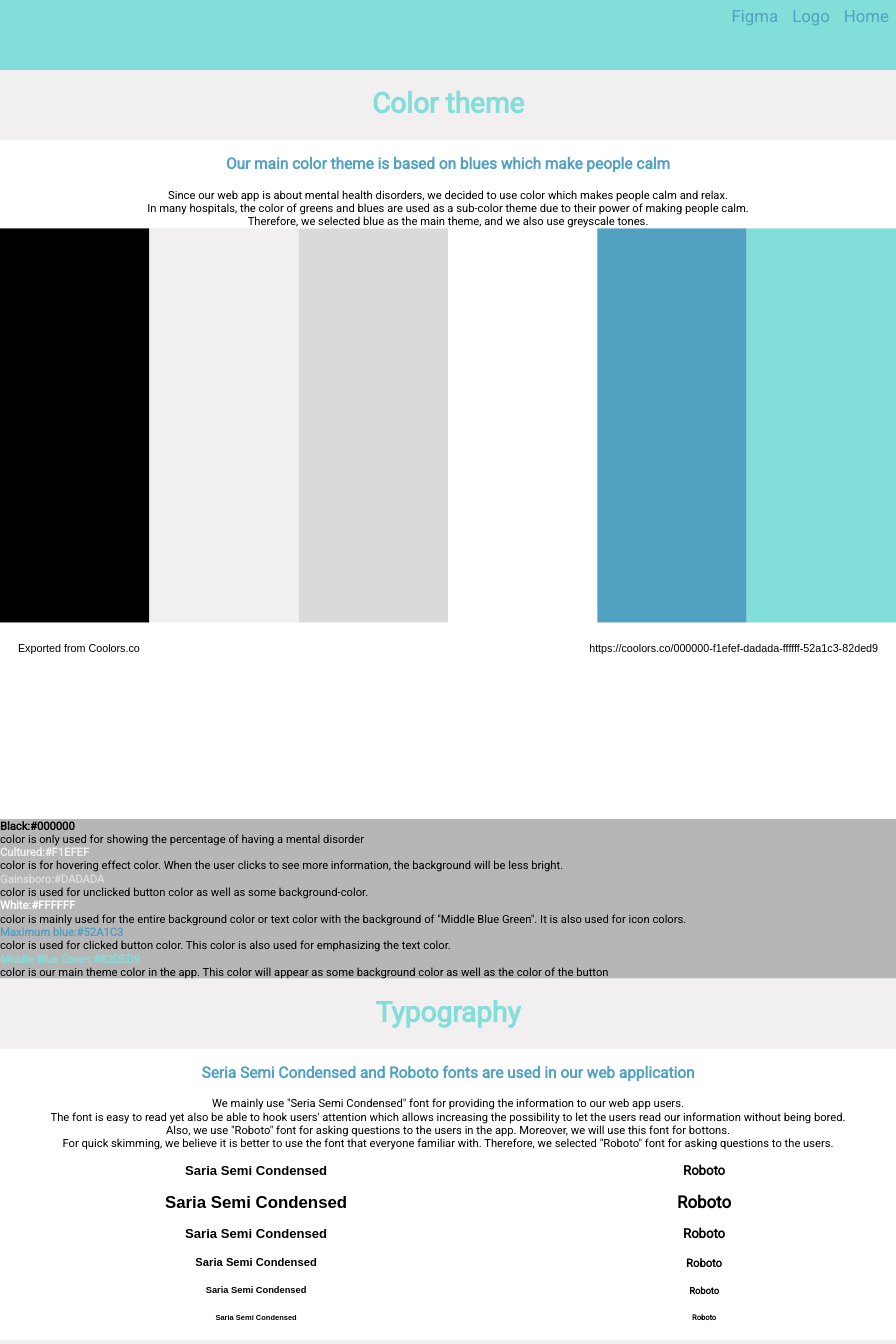
Repository: zzs1/style-guide
Page: style guide/Chisaki_styleGuide_part2/index.html
The author's editor kept a copy of each file at every save. The page is drawn from the files as they stood at one save, then again after a run of saves.
The browser window is 1280 px wide. The pictures show the part of the page from y = 0 to 1920 px (the page is 2842 px tall before and 2792 px after), at 70% of full size.
Some web fonts or font styles are not loaded; a fallback is used.

Above is the page before, as saved 2021-03-23 21:11:19.

After the next 2 saves:
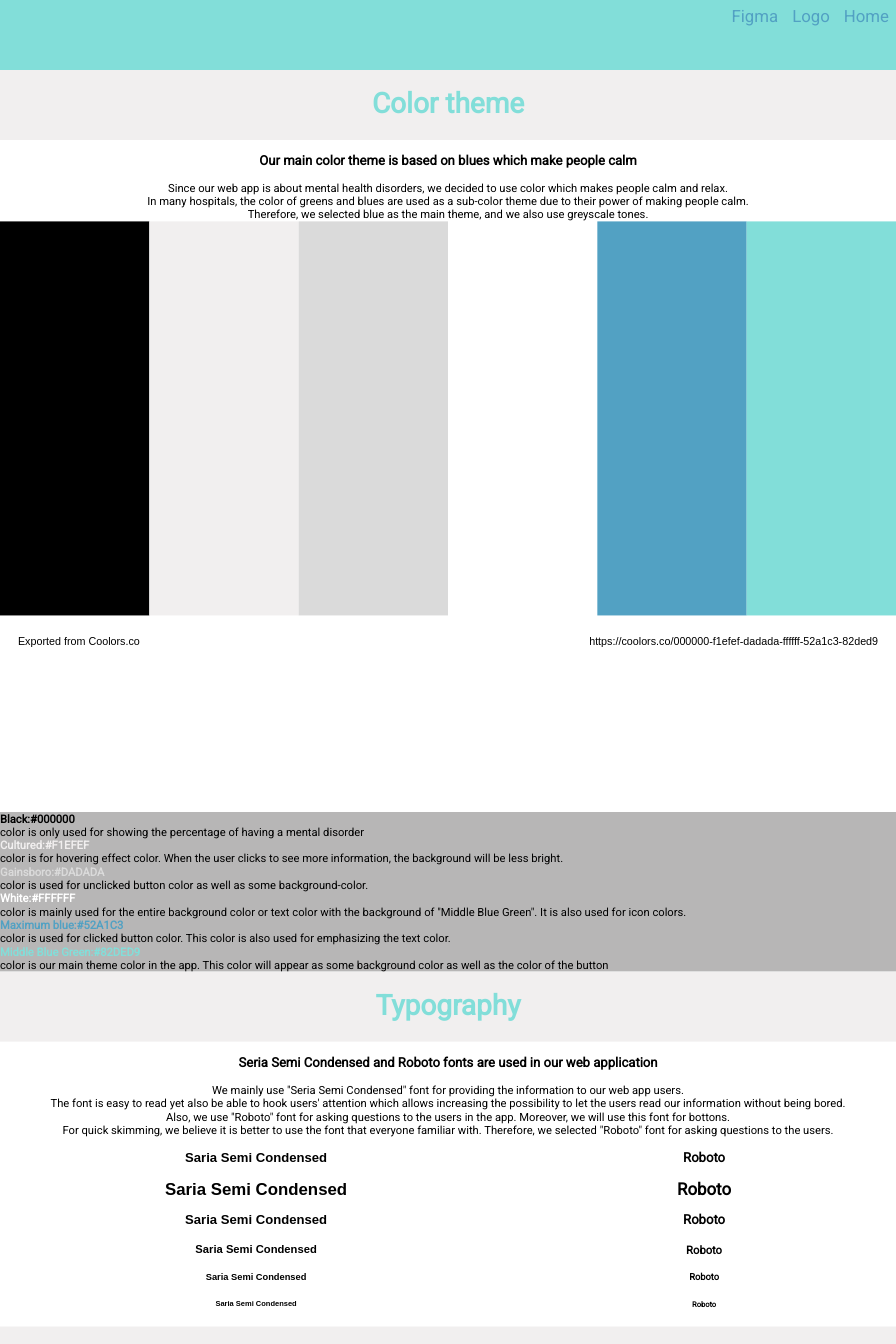
The 2 saves are shown as one change because they came seconds apart.
The last was saved 4 s later.
--- a/style guide/Chisaki_styleGuide_part2/style.css
+++ b/style guide/Chisaki_styleGuide_part2/style.css
@@ -48,6 +48,8 @@
   width:100%;
   height:200px;
 }
+
+pa
 .subtitle {
   font-size:22px;
   color:#52A1C3;

After the 2 saves that followed:
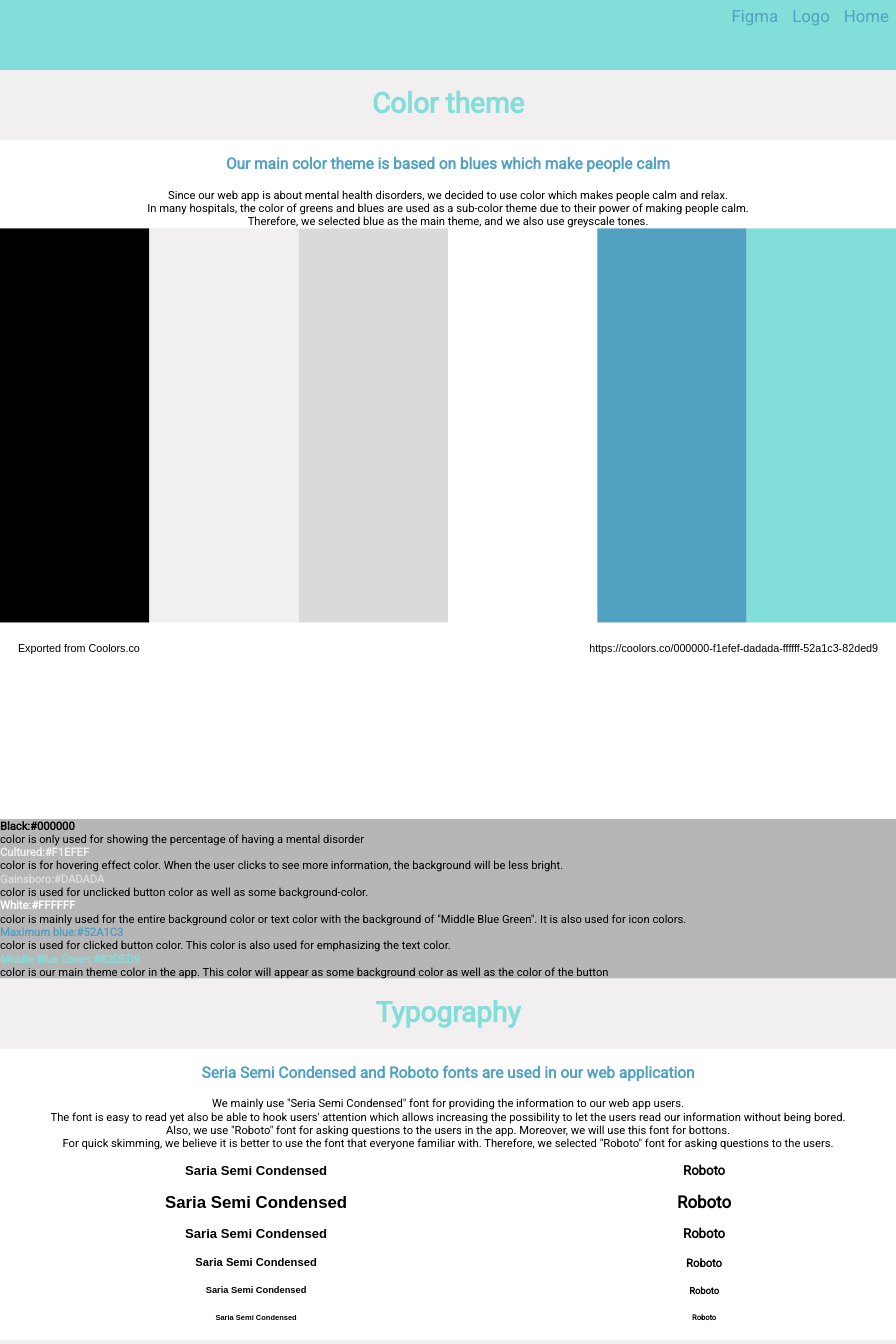
The 2 saves are shown as one change because they came seconds apart.
The last was saved 6 s later.
--- a/style guide/Chisaki_styleGuide_part2/style.css
+++ b/style guide/Chisaki_styleGuide_part2/style.css
@@ -49,7 +49,9 @@
   height:200px;
 }
 
-pa
+.pallet{
+
+}
 .subtitle {
   font-size:22px;
   color:#52A1C3;
